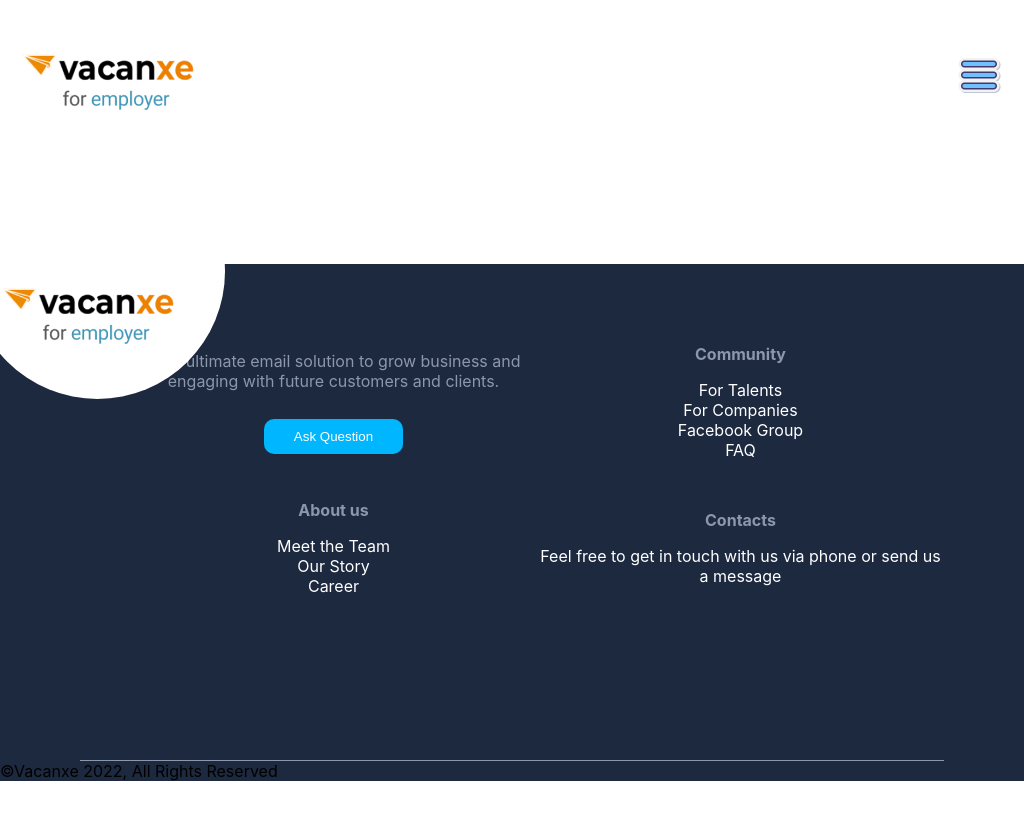
Repository: uh-sman/Vacanxe
Page: /
These files come from the project's save history. The page is drawn as it stood at one moment and after the next save; the edit follows.
The browser window is 1024 px wide. The pictures show the whole page.
The project was rebuilt for these pictures with package versions that can differ from the ones it lists, and the page was loaded fresh each time.

Above is the page before, as saved 2022-12-03 00:27:12.

After the next save:
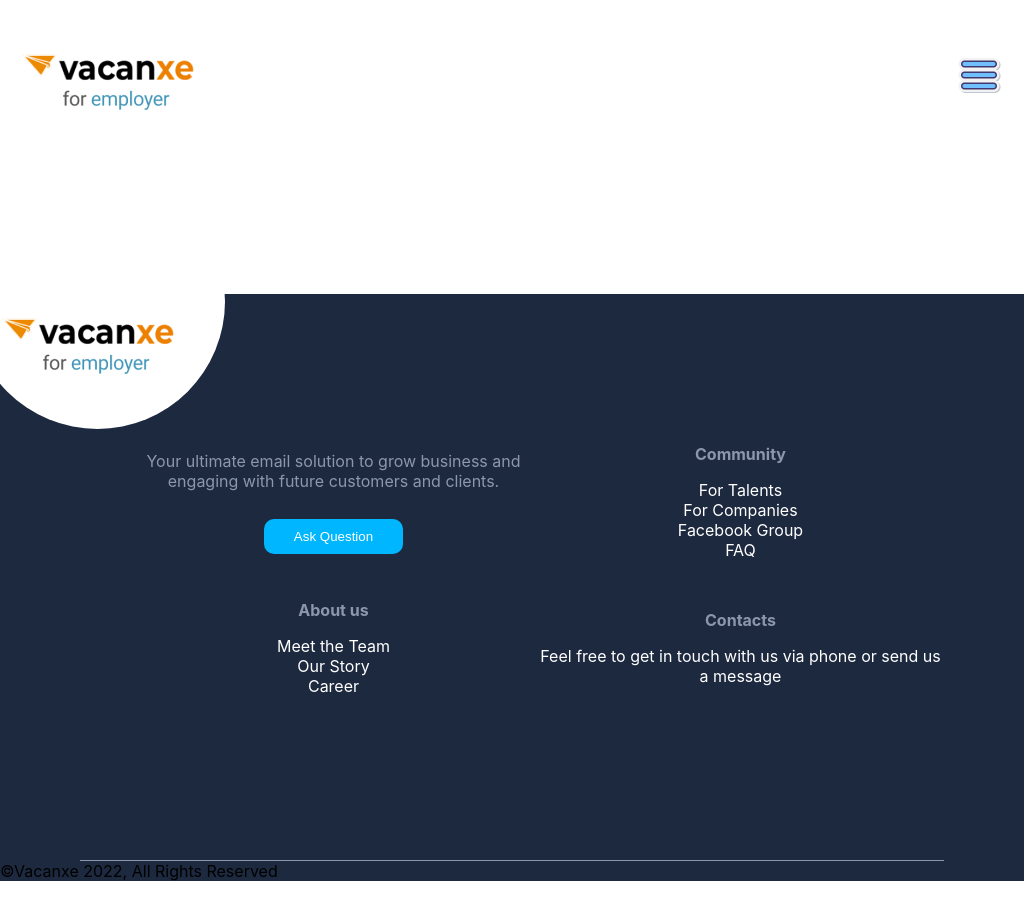
Saved 10 s later.
--- a/src/components/footer.css
+++ b/src/components/footer.css
@@ -75,7 +75,7 @@
 
 @media only screen and (min-width: 650px) and (max-width: 1200px) {
   .footer-texts {
-    margin-top: 150px;
+    padding-top: 150px;
     grid-template-columns: 1fr 1fr;
     text-align: center;
   }
